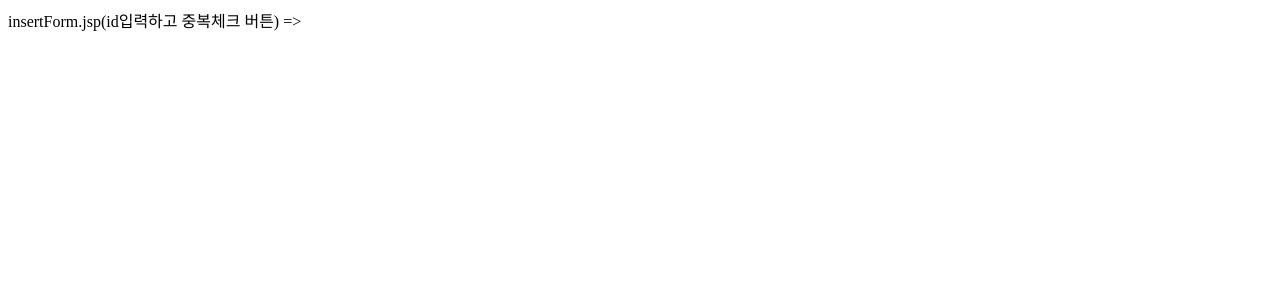
Repository: uj06134/Metabuild_JSP
Page: http://localhost/05_JDBC_movie/id_check_proc.jsp
An editor plug-in stored every save of this project. The page is shown before and after the next save, followed by the edit.
The browser window is 1280 px wide. The pictures show the whole page.
The page is served by Tomcat 9. Other server files are loaded and not shown.

Above is the page before, as saved 2025-09-12 06:12:19.

### 05_JDBC_movie/src/main/webapp/id_check_proc.jsp
<%@ page language="java" contentType="text/html; charset=UTF-8"
    pageEncoding="UTF-8"%>
insertForm.jsp(id입력하고 중복체크 버튼) =>
<%
	String userid = request.getParameter("userid");
	System.out.println("id_check_proc.jsp userid: " + userid);
%>

After the next save:
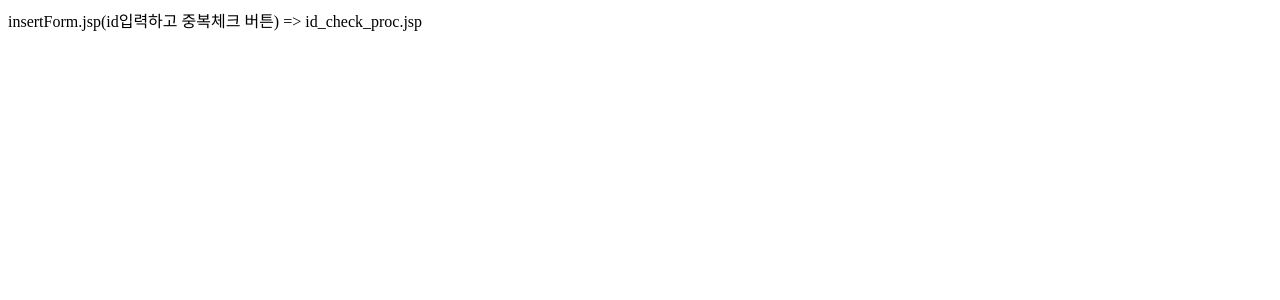
Saved 44 s later.
--- a/05_JDBC_movie/src/main/webapp/id_check_proc.jsp
+++ b/05_JDBC_movie/src/main/webapp/id_check_proc.jsp
@@ -1,6 +1,6 @@
 <%@ page language="java" contentType="text/html; charset=UTF-8"
     pageEncoding="UTF-8"%>
-insertForm.jsp(id입력하고 중복체크 버튼) =>
+insertForm.jsp(id입력하고 중복체크 버튼) => id_check_proc.jsp<br>
 <%
 	String userid = request.getParameter("userid");
 	System.out.println("id_check_proc.jsp userid: " + userid);
